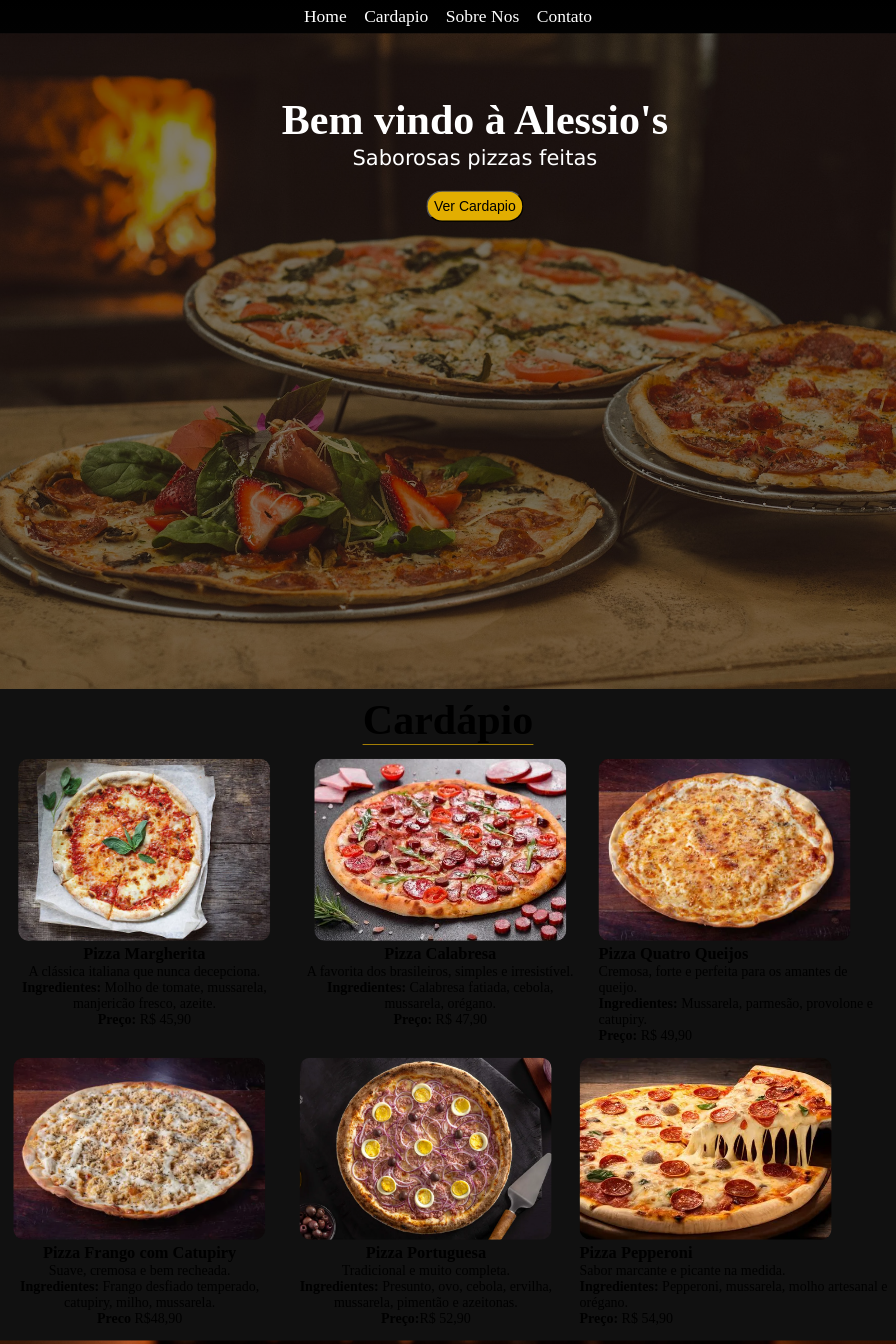
Repository: Mateushlp/landing-page-pizza
Page: index.html
An editor plug-in stored every save of this project. The page is shown before and after a run of saves, followed by the edit.
The browser window is 1280 px wide. The pictures show the part of the page from y = 0 to 1920 px (the page is 2788 px tall), at 70% of full size.

Above is the page before, as saved 2026-05-03 11:04:47.

### index.html
<!DOCTYPE html>
<html lang="en">
<head>
    <meta charset="UTF-8">
    <meta name="viewport" content="width=device-width, initial-scale=1.0">
    <link rel="stylesheet" href="style.css">
    <title>Document</title>
</head>
<body>
    <header>
        <nav>
            <ul>
                <li> <a href="http://"> Home</li></a>
                <li> <a href="http://">Cardapio</li></a>
                <li> <a href="http://">Sobre Nos</li></a>
                <li> <a href="http://">Contato</li></a>
            </ul>
        </nav>
    </header>

    <section class="inicio">
        <div class="texto">
        <h1>Bem vindo à Alessio's</h1>
        <p>Saborosas pizzas feitas </p>
        <button class="btn1">Ver Cardapio</button>
        </div>
    </section>

    <section class="cardapio">
        <h2 class="cardapio1">Cardápio</h2>
    </section>

    <div class="prato">
        <div class="pratos1">
            <img src="./img/margherita-pizza.jpg" alt="">
            <h3>Pizza Margherita</h3>
            <p> A clássica italiana que nunca decepciona. <br>
          <strong>Ingredientes:</strong>  Molho de tomate, mussarela, manjericão fresco, azeite. <br>
        <strong>Preço:</strong> R$ 45,90
    </p>
        </div>
            <div class="pratos2">
                <img src="./img/3140217-pizza-calabresa.jpg" alt="">
                <h3>Pizza Calabresa</h3>
                <p>A favorita dos brasileiros, simples e irresistível. <br>
                <strong>Ingredientes:</strong> Calabresa fatiada, cebola, mussarela, orégano. <br>
                    <strong>Preço:</strong> R$ 47,90
            </p>
            </div>
                <div class="pratos3">
                    <img src="./img/Quatro-Queijos.jpg" alt="">
                    <h3>Pizza Quatro Queijos</h3>
                    <p>Cremosa, forte e perfeita para os amantes de queijo. <br>
                    <strong>Ingredientes:</strong>  Mussarela, parmesão, provolone e catupiry. <br>
                        <strong>Preço: </strong>R$ 49,90
                </p>
                </div>
                </div>

                <div class="prato2">
                <div class="pratos1">
                    <img src="./img/Frango-com-Catupiry-2.jpg" alt="">
                    <h3>Pizza Frango com Catupiry</h3>
                    <p>Suave, cremosa e bem recheada. <br>
                   <strong>Ingredientes:</strong> Frango desfiado temperado, catupiry, milho, mussarela. <br>
                   <strong>Preco </strong> R$48,90
                </p>
                </div>
                <div class="pratos2">
                    <img src="./img/pizza-portuguesa.jpg" alt="">
                    <h3>Pizza Portuguesa</h3>
                    <p>Tradicional e muito completa. <br>
                   <strong>Ingredientes:</strong>  Presunto, ovo, cebola, ervilha, mussarela, pimentão e azeitonas. <br>
                    <strong>Preço:</strong>R$ 52,90
                </p>
                </div>
                <div class="pratos3">
                    <img src="./img/the-pepperoni-pizza-and-a-piece-of-streched-cheese-pizza-with-ai-generated-free-photo.jpg" alt="">
                    <h3>Pizza Pepperoni</h3>
                    <p>Sabor marcante e picante na medida. <br>
                  <strong>Ingredientes:</strong>   Pepperoni, mussarela, molho artesanal e orégano. <br>
                <strong>Preço:</strong> R$ 54,90</p>

                </div>
                </div>
                </div>




    <section class="sobre">
        <div class="sobre1">
        <h2>Sobre nos</h2>
        <p>Nossa pizzaria e dedicada a criar as melhores pizzas do mundo com ingrendientes frescos e receitas exclusivas</p>
    </div>
    </section>

<section id="contato" class="contato">
    <h2>Contato</h2>

    <div class="contato-info">
        <div class="box">
            <h3>Telefone</h3>
            <p>(35) 99744-0140</p>
        </div>

        <div class="box">
            <h3>Endereço</h3>
            <p>Rua Tal Tal, Nº 123 , Centro , Lavras/MG</p>
        </div>

        <div class="box">
            <h3>Email</h3>
            <p>mateus@gmail.com</p>
        </div>
            <div class="box">
                <h3>Hórario de Funcionamento</h3>
                <p>Segunda a Sábado 11h00 às 23h00 - Domingo: 16h00 às 23H00</p>
            </div>
    </div>
</section>
        <div class="pedir">
        <button class="btn2">Peca Agora Mesmo!</button>
        </div>


    <footer>
        <h2>&copy; 2025 Alessio's Pizzaria</h2>
    </footer>

</body>
</html>

### style.css
*{
    margin:0;
    padding: 0;
    box-sizing: border-box;
}
body{
    background-color: #111
}

nav ul {
    display: flex;
    gap: 25px;
    list-style: none;
    justify-content: center;
    font-size: 25px;
    padding: 10px;
     background: linear-gradient(to bottom, rgb(00, 0, 0), rgba(0,0,0,0.9));
}

nav ul a{
    text-decoration: none;
    color: #fff;
    margin-top: 10px;
}

nav ul a:hover{
    border-radius: 20px;
    background-color: black;
    color: #af8600;
}

.inicio{
     background:
        linear-gradient(rgba(0,0,0,0.5), rgba(0,0,0,0.5)),
        url(./img/background-meio.jpg);
    background-size: cover;
    background-position: center;
    height: 130vh;
}

.texto{
    display: flex;
    flex-direction: column;
    align-items: center;
    color: #fff;
    padding-top: 7%;
    padding-left: 6%;
    font-size: 40px;
}
.texto p{
    font-family: 'Lucida Sans', 'Lucida Sans Regular', 'Lucida Grande', 'Lucida Sans Unicode', Geneva, Verdana, sans-serif;
    font-size: 30px;

}
.btn1{
 background-color: #e2ae01;
 border-radius: 30px;
 font-size: 20px;
 margin-top: 30px;
 padding: 9px;
 cursor:pointer;
}
.cardapio{
    text-align: center;
    padding: 10px;
    font-size: 40px;
}
.cardapio1{
    display: inline-block;
    border-bottom: 1px solid #e2ae01;
}
.prato{
    margin: 10px;
    display: flex;
    gap: 30px;
    font-size: 20px;
    margin-bottom: 20px;
}

.prato2{
    margin: 10px;
    display: flex;
    gap: 30px;
    font-size: 20px;
    margin-bottom: 20px;
}


.prato img,
.prato2 img {
    width: 50vh;
    height: 260px;
    object-fit: cover;
    border-radius: 15px;
}
.pratos1,
.pratos2 {
    width: 35%;
    text-align: center;
}

.sobre{
    background-image: url(./img/background.jpg);
    background-size: cover;
    background-position: center;
    height: 50vh;
}
.sobre1{
    display: flex;
    align-items: center;
    padding-top: 40px;
    font-size: 30px;
    flex-direction: column;
    color: #fff;
}
.sobre1 p{
    font-size: 20px;
}

.contato {
    padding: 50px 0;
    text-align: center;
}

.contato-info {
    display: flex;
    justify-content: center;
    gap: 60px;
    margin-top: 20px;
    flex-wrap: wrap;
}

.contato-info .box {

    padding: 20px 30px;
    border-radius: 15px;

}

.contato-info h3 {
    font-size: 24px;
    color: #af8600;
}

.contato-info p {
    font-size: 18px;
    color: #000;
}

.pedir{
    display: flex;
    justify-content: center;
    align-items: center;
    text-align: center;
}
.btn2{
     background-color: #e2ae01;
 border-radius: 30px;
 font-size: 20px;
 margin-bottom: 20px;
 padding: 9px;
 cursor:pointer;

}
footer{
      background-color: #1a1a1a;
      color: #d4af37;
  text-align: center;
  padding: 20px;
  font-size: 14px;
}

After the next 2 saves:
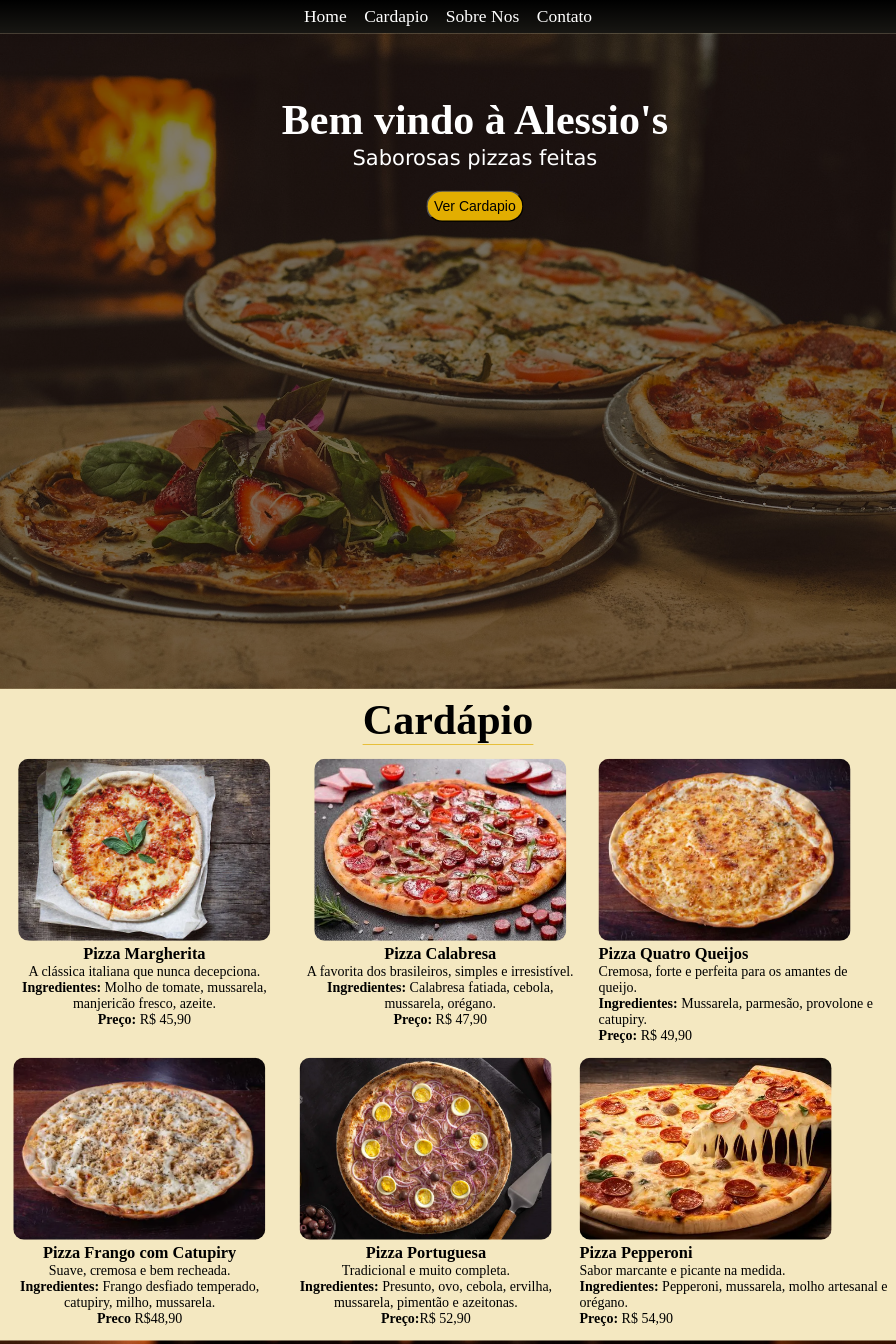
The 2 saves are shown as one change because they came seconds apart.
The last was saved 30 s later.
--- a/style.css
+++ b/style.css
@@ -4,7 +4,7 @@
     box-sizing: border-box;
 }
 body{
-    background-color: #111
+    background-color: #f4e8c1;
 }
 
 nav ul {

After the save that followed:
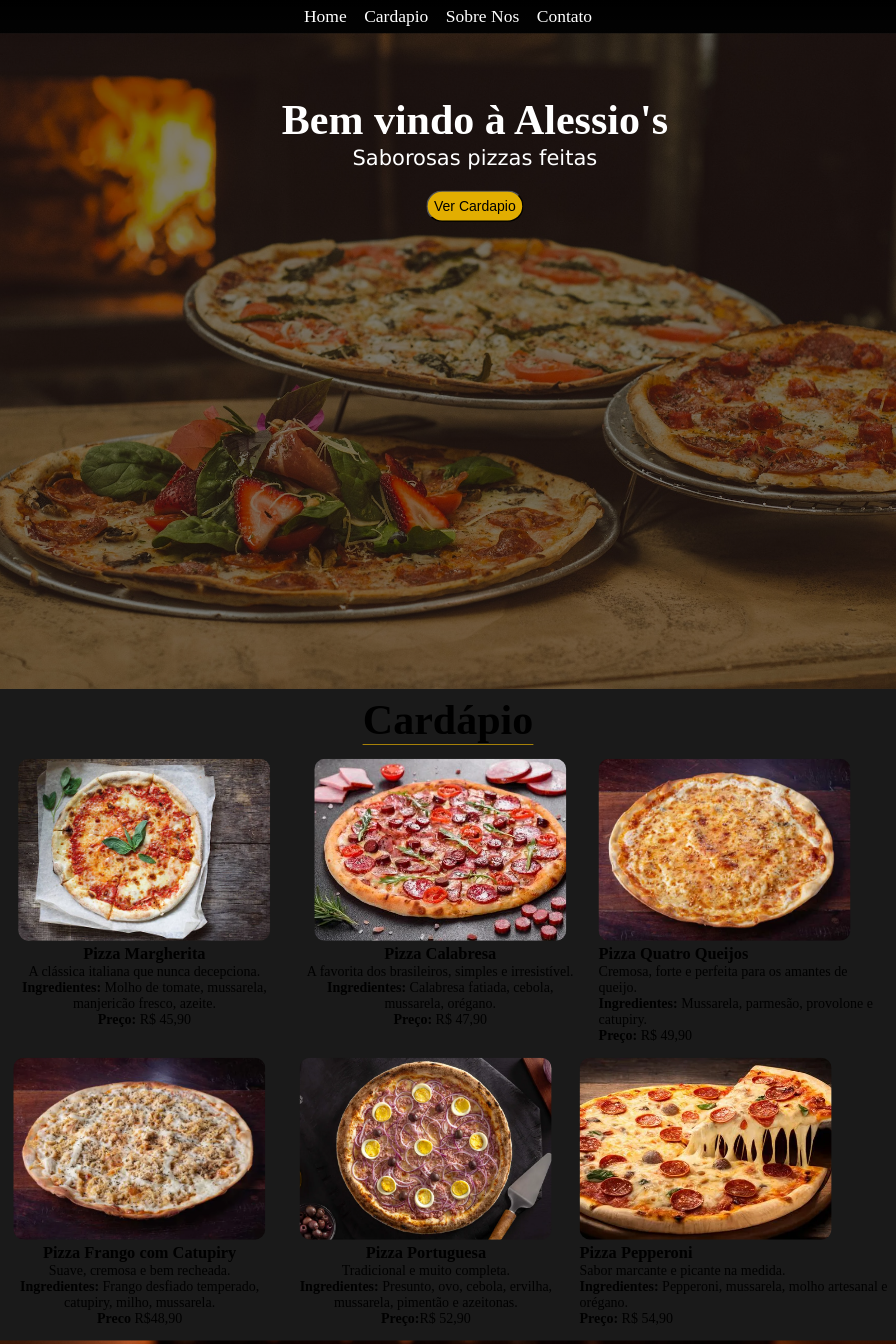
Saved 23 s later.
--- a/style.css
+++ b/style.css
@@ -4,7 +4,7 @@
     box-sizing: border-box;
 }
 body{
-    background-color: #f4e8c1;
+    background-color: #1a1a1a;
 }
 
 nav ul {
